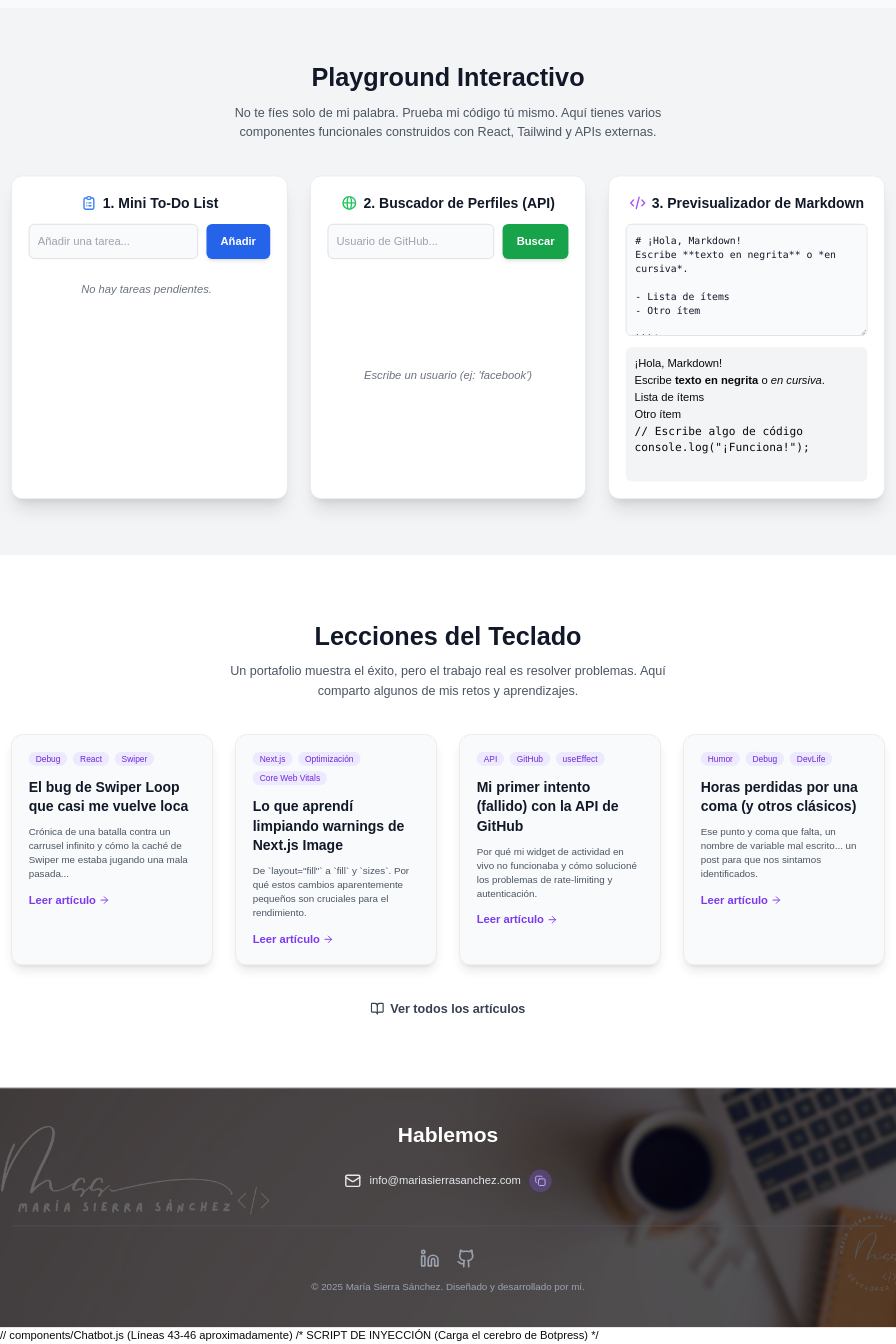
Repository: SierraMa1/SierraMa1.github.io
Page: /
An editor plug-in stored every save of this project. The page is shown before and after the next save, followed by the edit.
The browser window is 1280 px wide. The pictures show the part of the page from y = 4157 to 6077 px (the page is 6077 px tall before and 6053 px after), at 70% of full size.
The page's requests for data from a server got no answer. The project was rebuilt for these pictures with package versions that can differ from the ones it lists, and the page was loaded fresh each time. The framework's server and built-in components were replaced by stand-ins that run in the browser. No one was signed in, and anything a server would have sent is missing. Also part of the build but not shown: next.config.ts.

Above is the page before, as saved 2025-11-07 18:19:14.

After the next save:
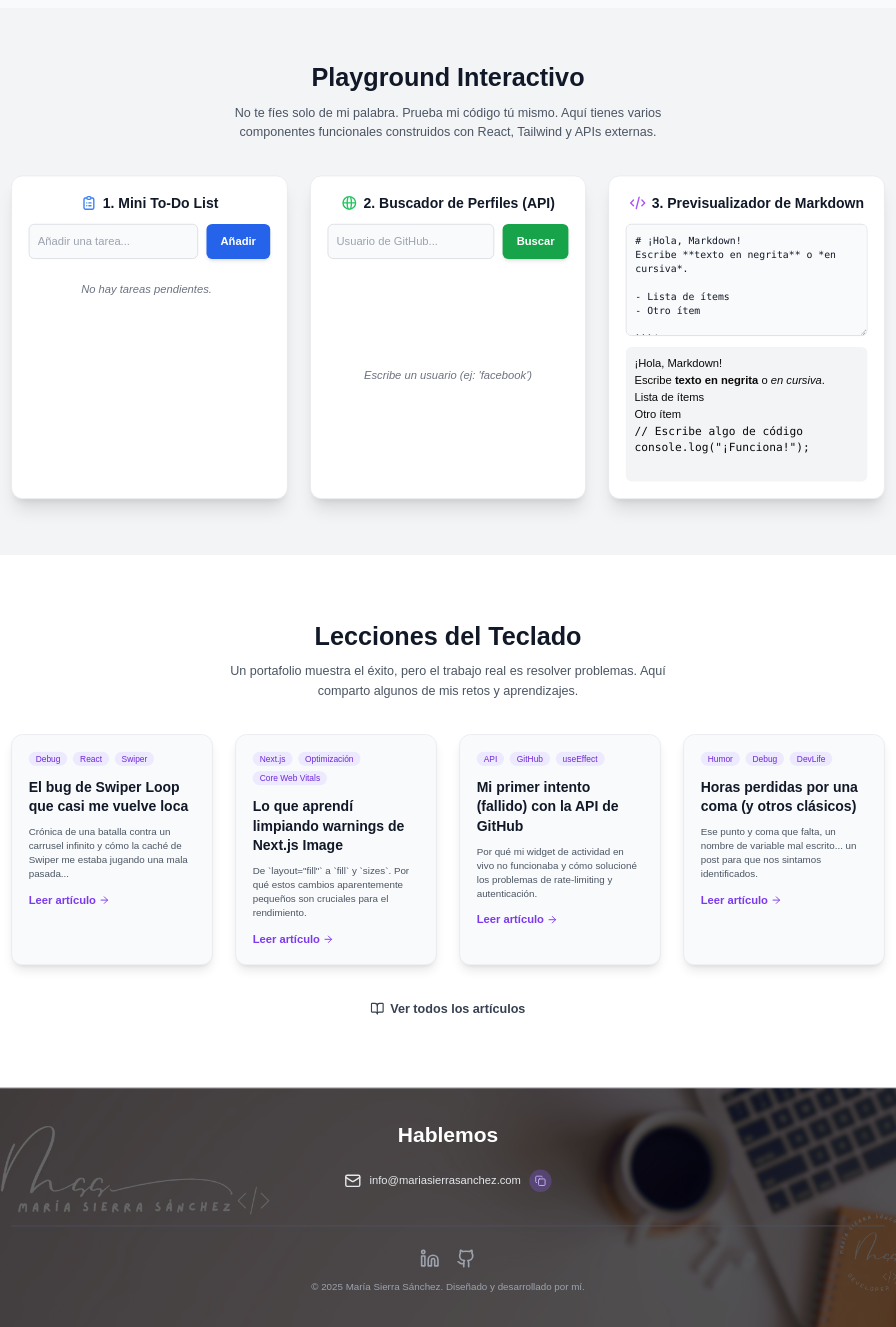
Saved 10 min 13 s later.
--- a/src/components/Chatbot.jsx
+++ b/src/components/Chatbot.jsx
@@ -1,65 +1,86 @@
 // components/Chatbot.js (o Chatbot.tsx)
 'use client'
-import { useState } from 'react';
+import { useState, useEffect } from 'react'; // ¡Añadimos useEffect!
 import Script from 'next/script';
 import { MessageCircle, X } from 'lucide-react';
 
-// Las variables se leen del .env.local. Usamos '|| "default_value"' por si fallan.
+// Variables (sin cambios)
 const BOTPRESS_IP = process.env.NEXT_PUBLIC_BOTPRESS_IP || "localhost";
 const BOTPRESS_BOT_ID = process.env.NEXT_PUBLIC_BOTPRESS_ID || "default-bot";
 
-// --- CONFIGURACIÓN DE BOTPRESS ---
+// CONFIGURACIÓN DE BOTPRESS (sin cambios)
 const botpressConfig = {
-  hostUrl: `https://electricfinder.es`,
-  botId: BOTPRESS_BOT_ID,
-
-    // CLAVE: Ocultar el botón flotante por defecto de Botpress
+    // CLAVE: En local, DEBE ser HTTP si no usas un proxy local
+    hostUrl: `http://localhost:3000`, // Usamos localhost para desarrollo
+    botId: BOTPRESS_BOT_ID,
     disableFloatingButton: true,
-
-
     containerWidth: '400px',
     layout: 'floating',
 };
-// ---------------------------------
+
+// ** Importante: La función sendEvent se añadirá dinámicamente **
 
 export default function Chatbot() {
   const [isOpen, setIsOpen] = useState(false);
+  const [isBotReady, setIsBotReady] = useState(false); // Nuevo estado
+
+  // Escucha el evento de inicialización de Botpress
+  useEffect(() => {
+    // Si Botpress ya cargó, lo marcamos como listo
+    if (window.botpressWebChat && window.botpressWebChat.sendEvent) {
+      setIsBotReady(true);
+      return;
+    }
+
+    // Si no ha cargado, esperamos el evento 'webchat:ready'
+    window.addEventListener('webchat:ready', () => {
+      console.log('Botpress WebChat está listo.');
+      setIsBotReady(true);
+    });
+
+    // Limpieza del listener
+    return () => {
+      window.removeEventListener('webchat:ready', () => {});
+    };
+  }, []);
 
   const toggleBotpressChat = () => {
-    if (typeof window !== 'undefined' && window.botpressWebChat) {
+    // 🛑 CLAVE: Solo intenta llamar a sendEvent si el bot está marcado como listo
+    if (isBotReady && window.botpressWebChat) {
       if (isOpen) {
         window.botpressWebChat.sendEvent({ type: 'hide' });
       } else {
         window.botpressWebChat.sendEvent({ type: 'show' });
       }
       setIsOpen(!isOpen);
+    } else {
+      // Si aún no está listo, puedes registrar un mensaje o simplemente ignorar el clic.
+      console.error("Botpress no está inicializado. Esperando...");
     }
   };
 
   return (
     <>
-      {/* SCRIPT DE CONFIGURACIÓN (Antes de cargar el inyector) */}
+      {/* SCRIPT DE CONFIGURACIÓN */}
       <Script id="bp-config" strategy="beforeInteractive">
         {`window.botpressWebChat = ${JSON.stringify(botpressConfig)};`}
       </Script>
 
-      {/* SCRIPT DE INYECCIÓN (Carga el cerebro de Botpress) */}
-      // components/Chatbot.js (Líneas 43-46 aproximadamente)
+      {/* SCRIPT DE INYECCIÓN (En local, usa localhost:3000 si Botpress corre local) */}
+      <Script
+        src={`http://localhost:3000/assets/modules/channel-web/inject.js`} // CAMBIADO A LOCALHOST PARA DESARROLLO
+        strategy="afterInteractive"
+      />
 
-/* SCRIPT DE INYECCIÓN (Carga el cerebro de Botpress) */
-<Script
-    // CLAVE: Usamos HTTPS y la ruta /botpress/ que Nginx manejará:
-    src={`https://electricfinder.es/botpress/assets/modules/channel-web/inject.js`}
-    strategy="afterInteractive" // Cambiado de lazyOnload para mayor fiabilidad
-/>
-
-
-      {/* TU BOTÓN Y DISEÑO ORIGINAL */}
+      {/* TU BOTÓN PERSONALIZADO */}
       <button
         onClick={toggleBotpressChat}
+        // Deshabilita el botón si el bot no está listo
+        disabled={!isBotReady}
         className="fixed bottom-6 right-6 z-50 flex h-14 w-14 items-center justify-center rounded-full bg-violet-600 text-white shadow-lg transition-all hover:scale-110"
         aria-label={isOpen ? "Cerrar chat" : "Abrir chat"}
       >
+        {/* Tu icono local */}
         {isOpen ? <X size={28} /> : <MessageCircle size={28} />}
       </button>
     </>
